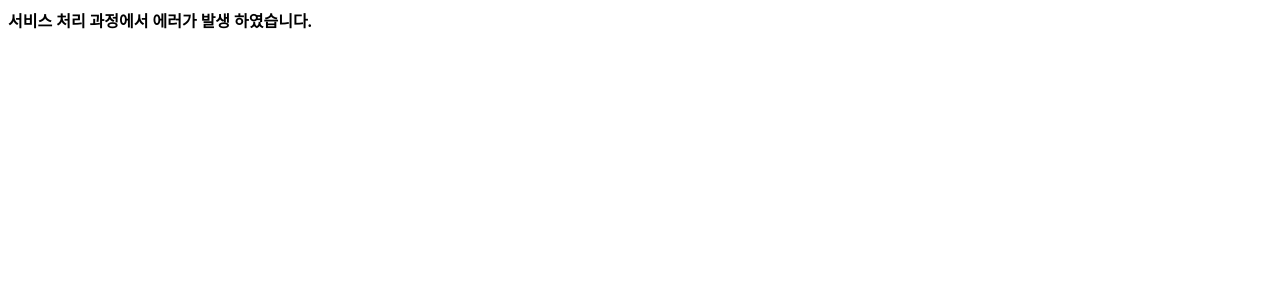
Repository: seminocoe/JSP_STUDY
Page: http://localhost/ServletProject/error/error500.jsp
An editor plug-in stored every save of this project. The page is shown before and after the next save, followed by the edit.
The browser window is 1280 px wide. The pictures show the whole page.
The page is served by Tomcat 9. Other server files are loaded and not shown.

Above is the page before, as saved 2022-08-02 00:44:12.

### ServletProject/src/main/webapp/error/error500.jsp
<%@ page language="java" contentType="text/html; charset=UTF-8"
    pageEncoding="UTF-8"%>
    <%
    response.setStatus(HttpServletResponse.SC_OK);
    %>
<!DOCTYPE html>
<html>
<head>
<meta charset="UTF-8">
<title>500에러발생</title>
</head>
<body>
<b>서비스 처리 과정에서 에러가 발생 하였습니다.</b><br>
</body>
</html>

After the next save:
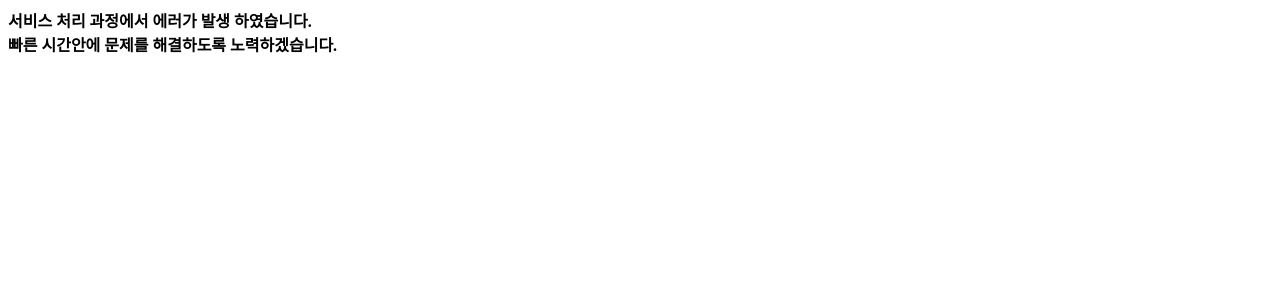
Saved 45 s later.
--- a/ServletProject/src/main/webapp/error/error500.jsp
+++ b/ServletProject/src/main/webapp/error/error500.jsp
@@ -11,5 +11,6 @@
 </head>
 <body>
 <b>서비스 처리 과정에서 에러가 발생 하였습니다.</b><br>
+<b>빠른 시간안에 문제를 해결하도록 노력하겠습니다.</b><br>
 </body>
 </html>
